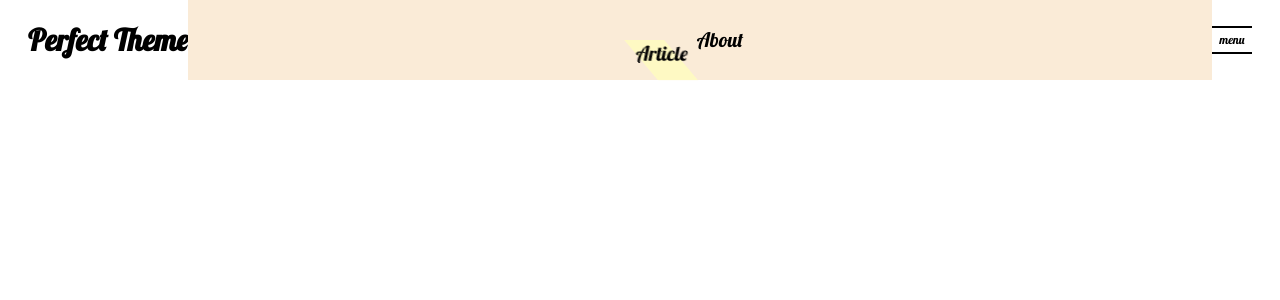
Repository: hsumyatm7308/laravel-blog
Page: blogweb/resources/views/blog/headerlayout.html
An editor plug-in stored every save of this project. The page is shown before and after the next save, followed by the edit.
The browser window is 1280 px wide. The pictures show the whole page.
Some web libraries are served in a nearby version.

Above is the page before, as saved 2023-09-04 15:50:20.

After the next save:
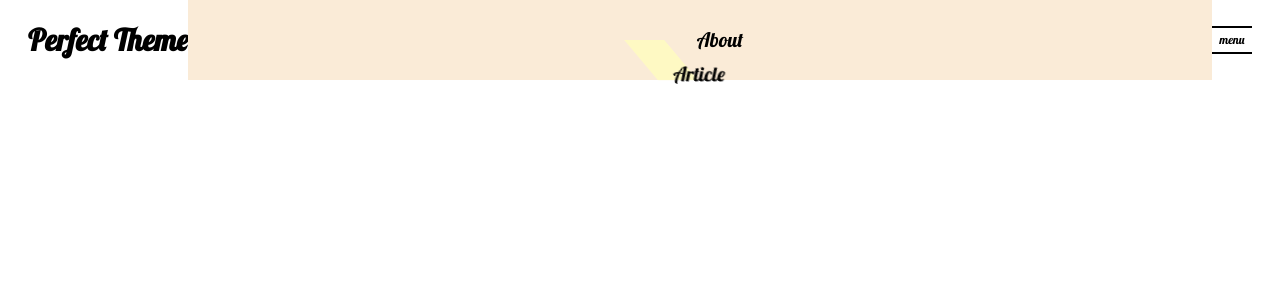
Saved 19 s later.
--- a/blogweb/resources/views/blog/headerlayout.html
+++ b/blogweb/resources/views/blog/headerlayout.html
@@ -33,8 +33,7 @@
 
     .article{
         position: fixed;
-         left: 0;
-         top: 0;
+
 
         transform: skew(-40deg);
 

After the save that followed:
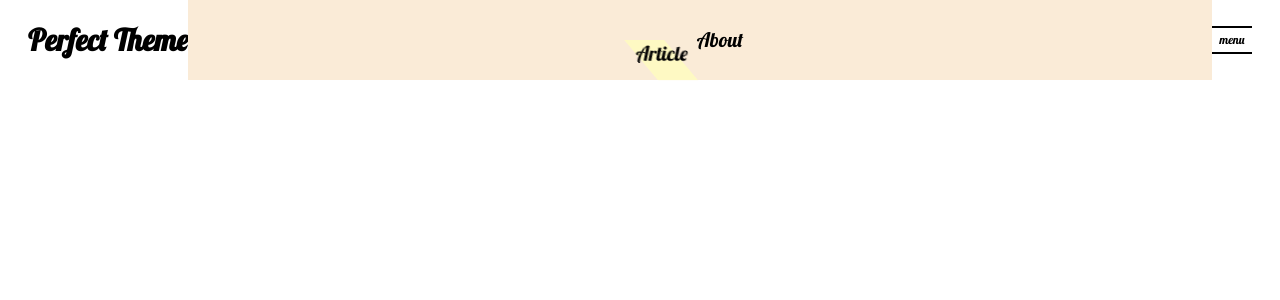
Saved 7 s later.
--- a/blogweb/resources/views/blog/headerlayout.html
+++ b/blogweb/resources/views/blog/headerlayout.html
@@ -33,7 +33,8 @@
 
     .article{
         position: fixed;
-
+         left: 0;
+         top: 0;
 
         transform: skew(-40deg);
 
